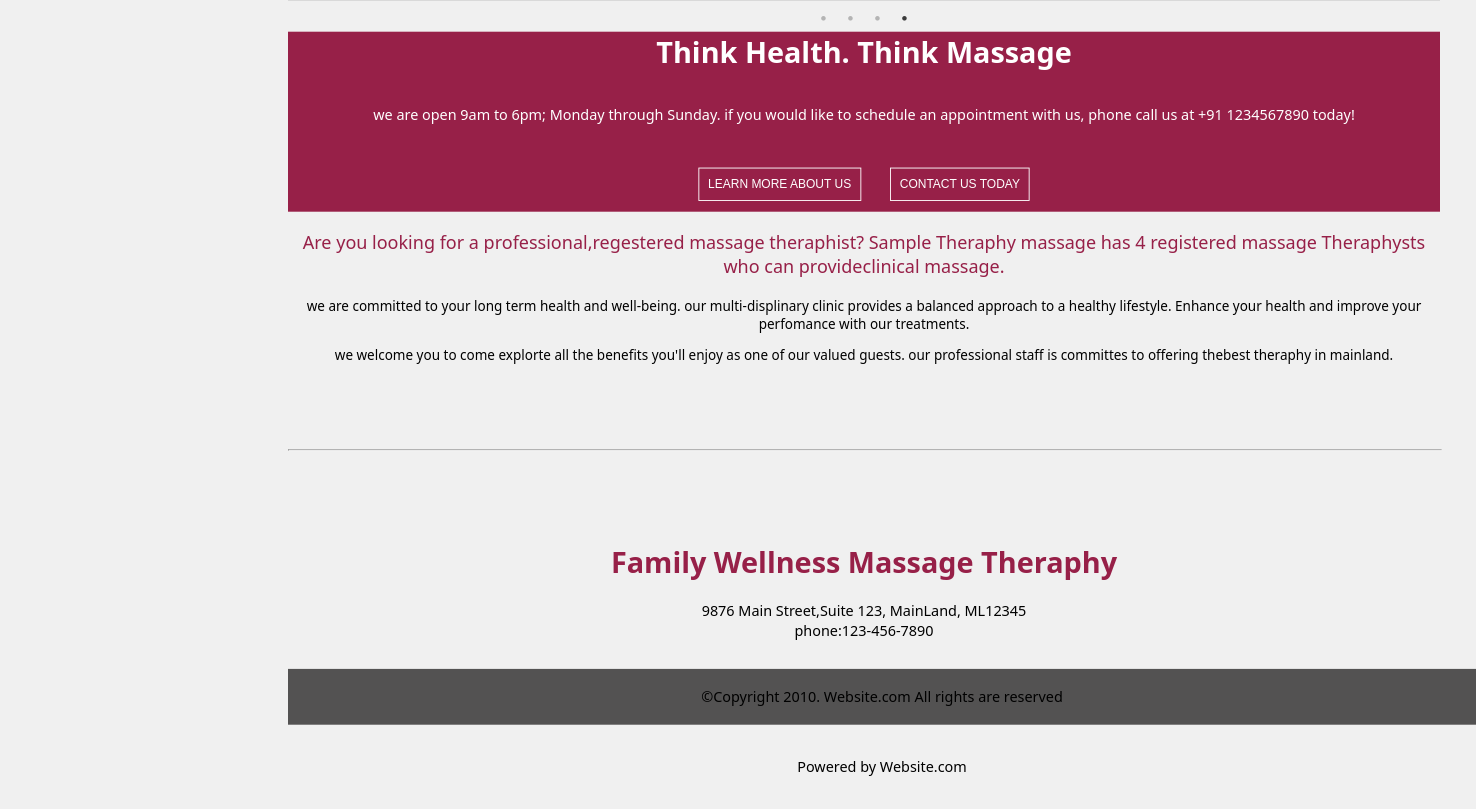
Repository: sriram1224/reactas1.github.io
Page: /
These files come from the project's save history. The page is drawn as it stood at one moment and after the next save; the edit follows.
The browser window is 1280 px wide. The page is 1640 px wide, so the pictures cover 1640 px, including what lies to the right of the window. The pictures show the part of the page from y = 878 to 1777 px (the page is 1777 px tall), at 90% of full size.
The pointer rests on the first visible `.button-container button`.
Some web fonts or font styles are not loaded; a fallback is used. The project was rebuilt for these pictures with package versions that can differ from the ones it lists, and the page was loaded fresh each time. Also part of the build but not shown: src/App.css.

Above is the page before, as saved 2024-03-05 20:59:23.

### public/index.html
<!DOCTYPE html>
<html lang="en">
  <head>
    <meta charset="utf-8" />

    <meta name="viewport" content="width=device-width, initial-scale=1" />
    <meta name="theme-color" content="#000000" />
    <meta
      name="description"
      content="Web site created using create-react-app"
    />
    <link rel="stylesheet" href="./style.css">

    <title>React App</title>
  </head>
  <body>

    <div id="root"></div>


  </body>
</html>

### src/App.js
import Header from './Components/Header.js'; // Importing the Header component
import './App.css'; // Importing the CSS file for styling
import Nav from './Components/Nav.js'; // Importing the Nav component
import Body from './Components/Body.js'; // Importing the Body component
import Footer from './Components/Footer.js'; // Importing the Footer component

function App() {
  return (
    <div className="App"> {/* Wrapper div with class name 'App' */}
      <Header /> {/* Rendering the Header component */}
      <Nav /> {/* Rendering the Nav component */}
      <Body /> {/* Rendering the Body component */}
      <Footer /> {/* Rendering the Footer component */}
    </div>
  );
}

export default App; // Exporting the App component

### src/Components/Header.js

import "./Header.css";

function Header() {
  return (
    <header className="header">
      <h1>Family Wellness</h1>
      <p>MASSAGE THERAPY</p>

    </header>

  );
}
export default Header;

### src/Components/Nav.js

import Navc from './Nav.css';
function Nav(){
    return (
        <nav className='Nav'>
            <ul>
                <li id='first'>HOME</li>
                <li>ABOUT</li>
                <li>SERVICES</li>
                <li>FAQ</li>
                <li>CONTACT</li>
            </ul>
        </nav>
    )
}
export default Nav;

### src/Components/Body.js

import bodycss from './body.css'
import Carousel from './courosel';

function Card(){
    return(
        <div className="main">
        <div className='card'>
        <h1>Think Health. Think Massage</h1>

        <p>we are  open 9am to 6pm; Monday through Sunday. if you would like to schedule an appointment with us, phone call us at +91 1234567890 today!</p>
        <div className='button-container'>
        <button>LEARN MORE ABOUT US</button>
        <button>CONTACT US TODAY</button></div>

        </div>
        <div className='para'>
        <p className="p1">
        Are you looking for a professional,regestered massage theraphist? Sample Theraphy massage has 4 registered massage Theraphysts who can provideclinical massage.
        </p>
        <p>
        we are committed to your long term health and well-being. our multi-displinary clinic provides a balanced approach to a healthy lifestyle. Enhance your health and improve your perfomance with our treatments.
        </p>
        <p>
        we welcome you to come explorte all the benefits you'll enjoy as one of our valued guests. our professional staff is committes to offering thebest theraphy in mainland.
        </p>
        </div>
        <hr className="hline">
        </hr>
        <div className="main3">
        <h1 className="headings">
        Family Wellness Massage Theraphy
        </h1>
        <p>
        9876 Main Street,Suite 123, MainLand, ML12345<br></br>
        phone:123-456-7890
        </p>
        </div>
        </div>
    );
}


function ControlledCarousel() {
  return (
    <div className='main'>
    <div className='carousel'>
    <Carousel />
    </div>
    <Card />

    </div>
  );
}

export default ControlledCarousel;

### src/Components/Footer.js
import footercss from './Footer.css'
function Footer(){
    return(

        <footer>
        <p className="footer-element1">©Copyright 2010. Website.com All rights are reserved</p>
        <p className="footer-element2">Powered by Website.com</p>
        </footer>
    )

}
export default Footer;

### src/Components/Header.css
.header{
    margin-left: 20rem;
}

### src/Components/Nav.css

@import url('https://fonts.googleapis.com/css2?family=Noto+Sans:ital,wght@0,100..900;1,100..900&family=Protest+Revolution&display=swap');
body{
    font-family: "Noto Sans", sans-serif;
    margin: 0%;
    padding: 0%;
}
.Nav{
    display: flex;
    justify-content: space-between;
    align-items: center;
    color: white;
    width: 80rem;
    margin-left: 20rem;
}
.Nav ul{
    display: flex;

    align-items: center;
    list-style: none;

    width:80rem;
   padding: 10px;
}
.Nav ul li{
    padding: 20px 6rem;

    background-color: rgb(165,161,158);
    text-align: center;
}
#first{
    color: white;
    background-color: rgb(151,32,72);
}

### src/Components/body.css

.button-container{
    display: flex;
    justify-content: center;
    align-items:center;
    padding: 2rem;
    gap: 2rem;

}
.button-container button{
    padding: 10px;
    background-color: Transparent;
    background-repeat:no-repeat;
    border: none;
    cursor:pointer;
    overflow: hidden;
    border:1px solid white;
    color:white;
}

.card{
    display: flex;

    flex-direction: column;
    color:white;
   height: 35rem;
   width: 80rem;
   height: 200px;

   margin-left: 20rem;
   margin-top:30px;
   text-align: center;
    justify-content: center;
    background-color: rgb(151,32,72);


}
.para{
    text-align:center;
    width: 80rem;
    font-size: 15px;
   margin-left: 20rem;

}
.para .p1{
    color:rgb(151,32,72);
    font-size: 20px;

}
.hline{
    width:80rem;
    margin-left: 20rem;
    margin:  5rem 20rem;

}
.main3{
    width:80rem;
    margin-left: 20rem;
    text-align: center;

}
.headings{
    color:rgb(151,32,72)
}
.carousel{
    width:80rem;

    margin-left: 20rem;


}
.main{
    display:flex;
    flex-direction:column;

}

### src/Components/courosel.js
import React from 'react';
import Slider from 'react-slick';
import 'slick-carousel/slick/slick.css';
import 'slick-carousel/slick/slick-theme.css';


const images = [
  'https://i.stack.imgur.com/CJT47.jpg',
  'https://i.stack.imgur.com/capu1.jpg',
  'https://i.stack.imgur.com/zMoo4.jpg',
  'https://i.stack.imgur.com/hOIuY.jpg',
];

const Carousel = () => {
  const settings = {
    dots: true,
    infinite: true,
    speed: 500,
    slidesToShow: 1,
    slidesToScroll: 1,
    autoplay: true,
    autoplaySpeed: 2000,
  };

  return (
    <div>

      <Slider {...settings}>
        {images.map((image, index) => (
          <div key={index}>
            <img src={image} alt={`Slide ${index}`} style={{ height: '40rem',width:'80rem' }} />
          </div>
        ))}
      </Slider>
    </div>
  );
};

export default Carousel;

### src/Components/Footer.css
.footer-element1{

    background-color: #535252;
    color: black;
    width:80rem;
    margin-left: 20rem;
    padding: 20px;
    text-align: center;
}
.footer-element2{
    color: black;
    width:80rem;
    margin-left: 20rem;
    padding: 20px;
    text-align: center;
}

### public/style.css

@import url('https://fonts.googleapis.com/css2?family=Noto+Sans:ital,wght@0,100..900;1,100..900&family=Protest+Revolution&display=swap');

body{
    background-color: #f0f0f0;
    font-family: "Protest Revolution", sans-serif;
    margin: 0;
    padding: 0;
}

Loaded but not shown: src/index.js (common file); src/index.css (common file); src/reportWebVitals.js (common file)

After the next save:
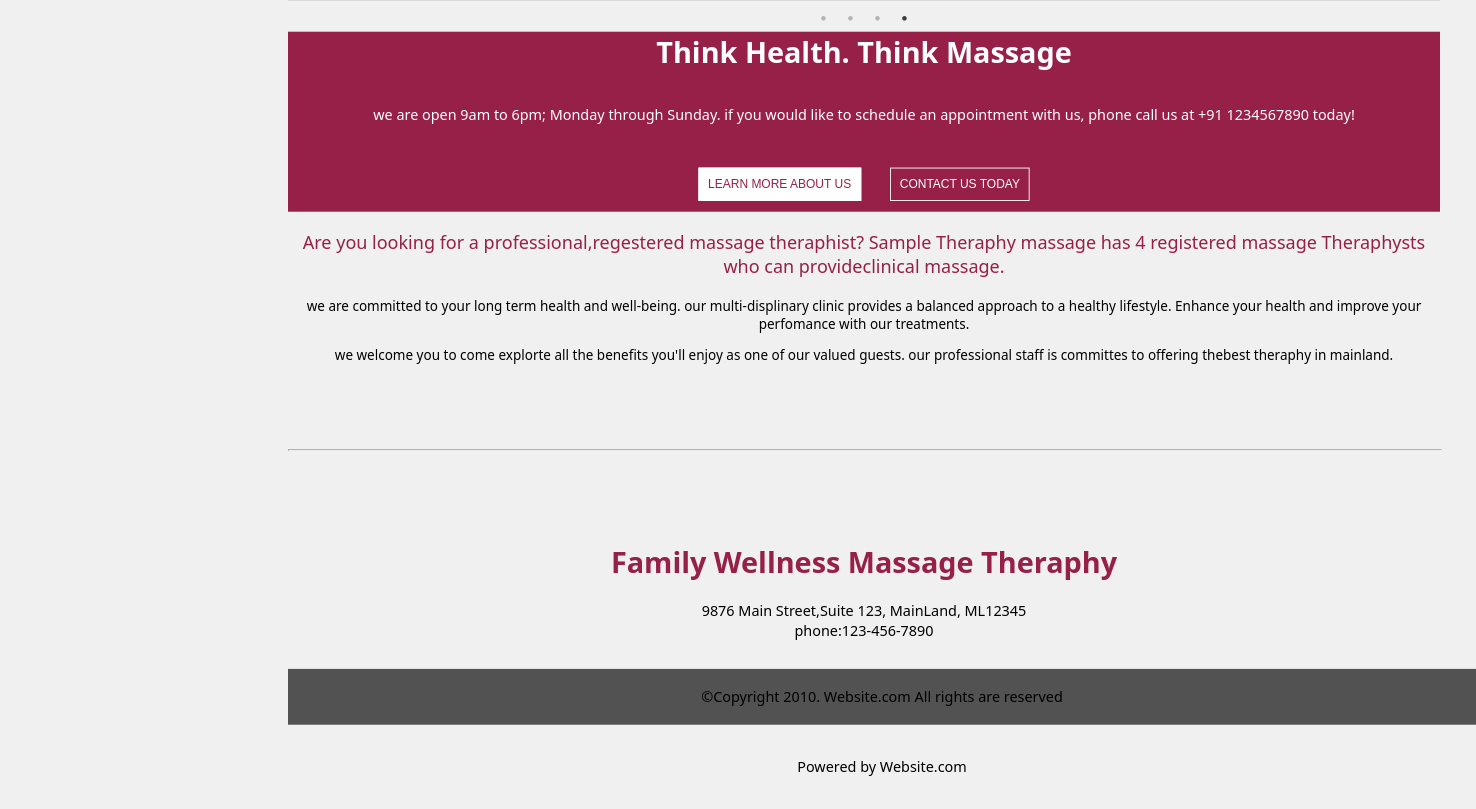
Saved 95 s later.
--- a/src/Components/body.css
+++ b/src/Components/body.css
@@ -17,7 +17,11 @@
     border:1px solid white;
     color:white;
 }
+.button-container button:hover{
+    background-color: white;
+    color:rgb(151,32,72);
 
+}
 .card{
     display: flex;
 
